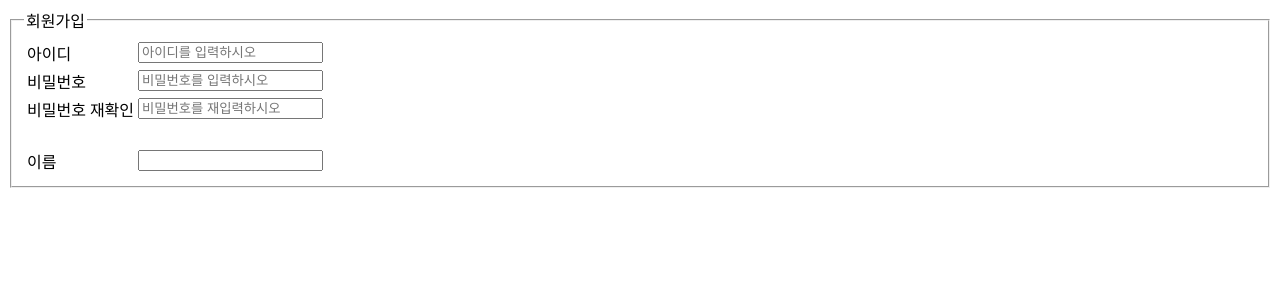
Repository: Scoobi-wisdoom/web
Page: d011/web/register.html
An editor plug-in stored every save of this project. The page is shown before and after the next save, followed by the edit.
The browser window is 1280 px wide. The pictures show the whole page.

Above is the page before, as saved 2020-08-05 08:50:09.

After the next save:
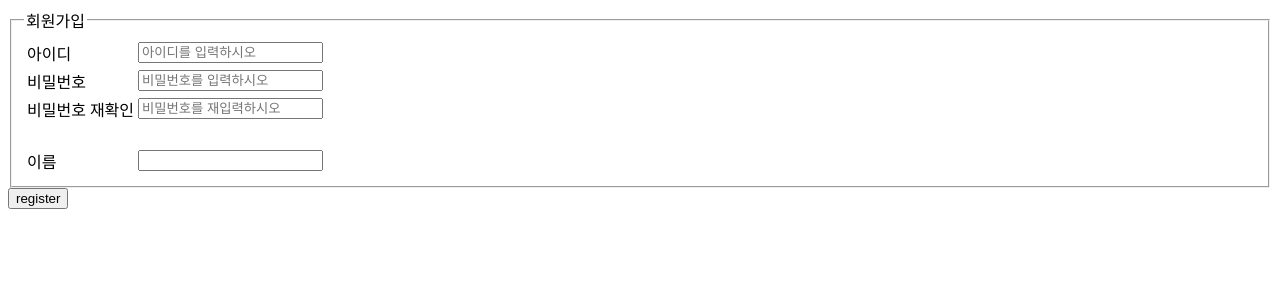
Saved 2 min 43 s later.
--- a/d011/web/register.html
+++ b/d011/web/register.html
@@ -50,6 +50,7 @@
 
 		</table>
 	</fieldset>
+<input type="submit" value="register">
 </form>
 </body>
 </html>
